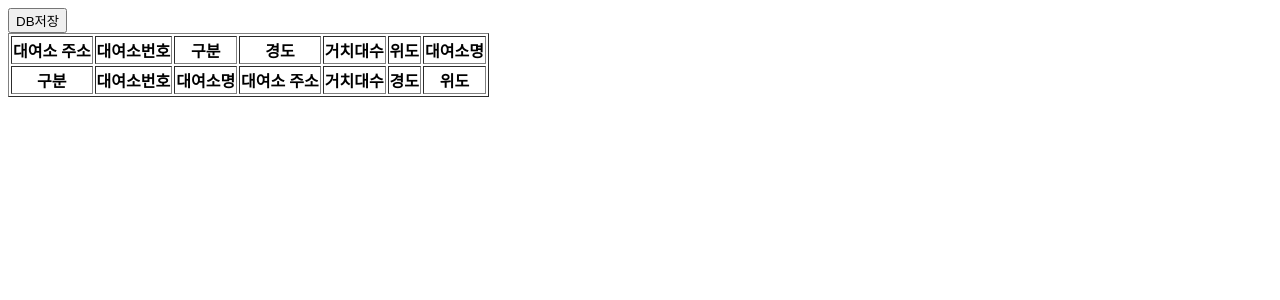
Repository: ChoHyeonJunn/Workspace_WEB
Page: http://localhost/jsp14_bike/bike01.jsp
These files come from the project's save history. The page is drawn as it stood at one moment and after a run of saves; the edit follows.
The browser window is 1280 px wide. The pictures show the whole page.
The page is served by Tomcat 9. Other server files are loaded and not shown.

Above is the page before, as saved 2020-01-22 10:30:47.
Console error: TypeError: $(...).appned is not a function

### jsp14_bike/WebContent/bike01.jsp
<%@ page language="java" contentType="text/html; charset=UTF-8"
    pageEncoding="UTF-8"%>

<% request.setCharacterEncoding("UTF-8"); %>
<% response.setContentType("text/html; charset=UTF-8");%>
<!DOCTYPE html>
<html>
<head>
<meta charset="UTF-8">
<title>Insert title here</title>
<script type="text/javascript" src="https://code.jquery.com/jquery-3.4.1.js"></script>
<script type="text/javascript" src="resources/js/bike01.js"></script>
</head>
<body>

	<form action="bike.do" method="post">
		<input type="hidden" name="command" value="firstdb">
		<input type="submit" value="DB저장">

		<table>
			<thead>
				<tr>
					<th>대여소 주소</th>
					<th>대여소번호</th>
					<th>구분</th>
					<th>경도</th>
					<th>거치대수</th>
					<th>위도</th>
					<th>대여소명</th>
				</tr>
			</thead>

			<tbody>

			</tbody>
		</table>
	</form>



</body>
</html>

### jsp14_bike/WebContent/resources/js/bike01.js
$(function(){

	getJsonTest();
})

function getJsonTest(){
	$.getJSON("resources/json/bike.json", function(data){
		$.each(data, function(key, val){
			if(key == "DESCRIPTION"){
				$("table").attr("border", "1");

				$("thead").append(
						"<tr>" +
							"<th>" + val.ADDR_GU + "</th>" +
							"<th>" + val.CONTENT_ID + "</th>" +
							"<th>" + val.CONTENT_NM + "</th>" +
							"<th>" + val.NEW_ADDR + "</th>" +
							"<th>" + val.CRADLE_COUNT + "</th>" +
							"<th>" + val.LONGITUDE + "</th>" +
							"<th>" + val.LATITUDE + "</th>" +
						"</tr>"
				)
			} else if(key == "DATA"){

				var list = val;
				for(var i=0;i<list.length;i++){
					var str = list[i];

					$("tbody").appned(
							"<tr>" +
								"<td>" + str.addr_gu + "</td>" +
								"<td>" + str.content_id + "</td>" +
								"<td>" + str.content_nm + "</td>" +
								"<td>" + str.new_addr + "</td>" +
								"<td>" + str.cradle_count + "</td>" +
								"<td>" + str.longitude + "</td>" +
								"<td>" + str.latitude + "</td>" +
								"<input type='hidden' name='bike' value='" + str.addr_gu + "/" + str.content_id + "/" + str.content_nm + "/" + str.new_addr + "/" + str.cradle_count + "/" + str.longitude + "/" + str.latitude + "'>" +
							"</tr>"
					)
				}

			}

		})


	})

}

Loaded but not shown: jsp14_bike/WebContent/resources/json/bike.json (1168 lines, source omitted)

After the next 2 saves:
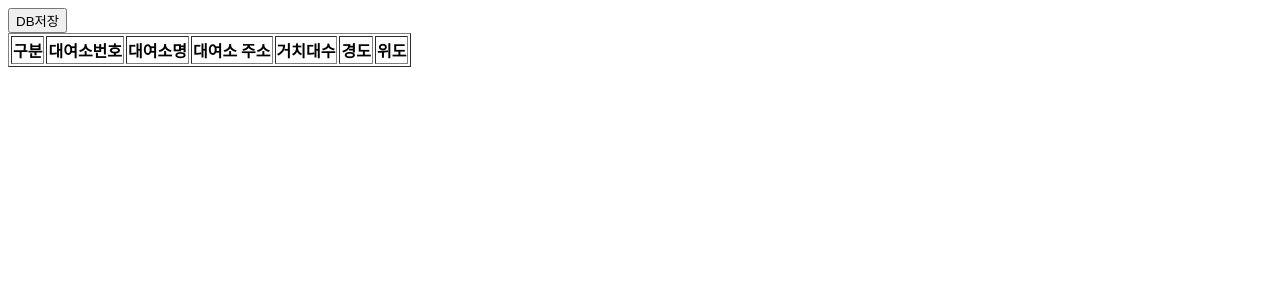
The 2 saves are shown as one change because they came seconds apart.
The last was saved 9 s later.
--- a/jsp14_bike/WebContent/bike01.jsp
+++ b/jsp14_bike/WebContent/bike01.jsp
@@ -19,15 +19,7 @@
 
 		<table>
 			<thead>
-				<tr>
-					<th>대여소 주소</th>
-					<th>대여소번호</th>
-					<th>구분</th>
-					<th>경도</th>
-					<th>거치대수</th>
-					<th>위도</th>
-					<th>대여소명</th>
-				</tr>
+
 			</thead>
 
 			<tbody>
